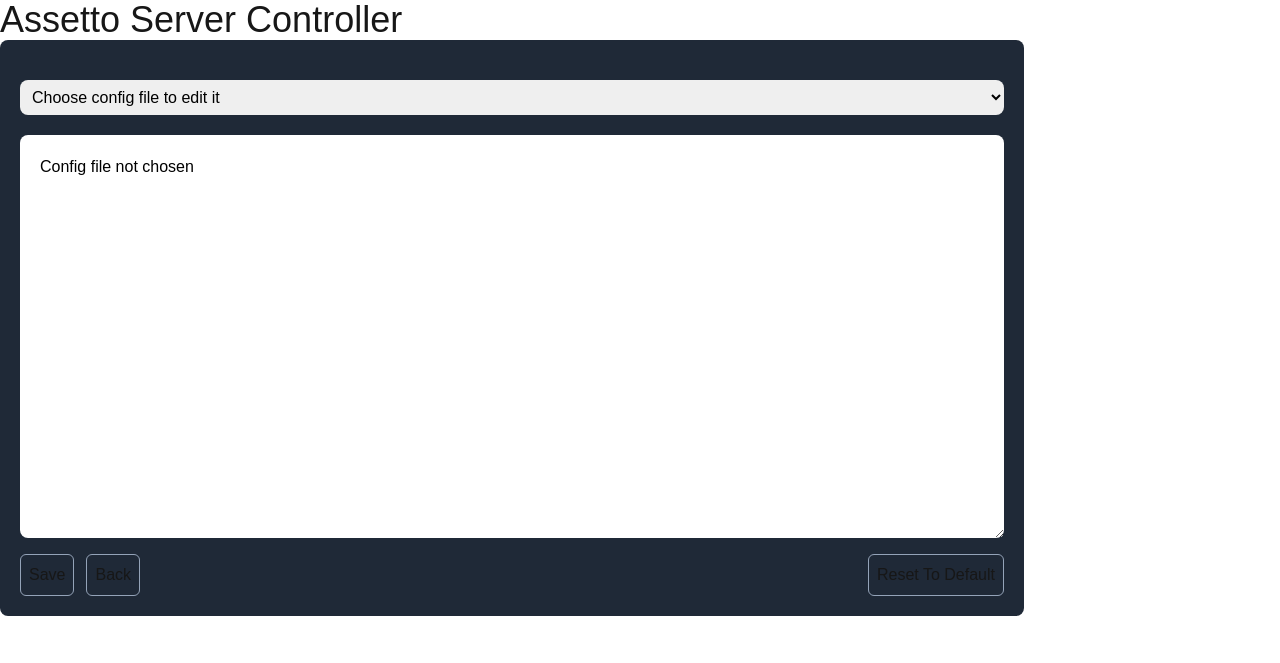
Repository: lookatthisdoode/ac-server-controller
Page: /edit-cfg
These files come from the project's save history. The page is drawn as it stood at one moment and after the next save; the edit follows.
The browser window is 1280 px wide. The pictures show the whole page.
The project was rebuilt for these pictures with package versions that can differ from the ones it lists, and the page was loaded fresh each time. The framework's server and built-in components were replaced by stand-ins that run in the browser. Also part of the build but not shown: next.config.mjs.

Above is the page before, as saved 2024-09-05 16:26:02.

### app/layout.tsx
import type { Metadata } from "next";
import localFont from "next/font/local";
import "./globals.css";

const geistSans = localFont({
  src: "./fonts/GeistVF.woff",
  variable: "--font-geist-sans",
  weight: "100 900",
});
const geistMono = localFont({
  src: "./fonts/GeistMonoVF.woff",
  variable: "--font-geist-mono",
  weight: "100 900",
});

export const metadata: Metadata = {
  title: "Create Next App",
  description: "Generated by create next app",
};

export default function RootLayout({
  children,
}: Readonly<{
  children: React.ReactNode;
}>) {
  return (
    <html lang="en">
      <body
        className={`${geistSans.variable} ${geistMono.variable} antialiased`}
      >
        <h1 className="text-4xl ">Assetto Server Controller</h1>
        <div className="w-4/5">{children}</div>
      </body>
    </html>
  );
}

### app/edit-cfg/page.tsx
"use client";
import { useState, FormEvent, ChangeEvent } from "react";
import { readCFG, updateCFG, resetCFG } from "@/lib/actions";
import { useRouter, useSearchParams } from "next/navigation";
import Link from "next/link";
import dotenv from "dotenv";

export default function EditCfg() {
  dotenv.config();
  const searchParams = useSearchParams();
  const serviceName = searchParams.get("service") || "";

  const [activeConfigFile, setActiveConfigFile] = useState({
    filename: "",
    content: "Config file not chosen",
  });

  const [errMessage, setErrMessage] = useState<string | null>(null);
  const [successMessage, setSuccessMessage] = useState<string | null>(null);
  const router = useRouter();

  async function fetchConfig(e: ChangeEvent<HTMLSelectElement>) {
    const filename = e.target.value;
    const configData = await readCFG(serviceName, filename);
    if (configData.success) {
      const content = configData.content || "";
      setActiveConfigFile({ filename, content });
    } else {
      const errMessage = configData.message || "";
      setErrMessage(errMessage);
    }
  }

  async function handleReset() {
    const result = await resetCFG(serviceName);
    if (result.success) {
      setSuccessMessage("Successfully reset to default!");
      setTimeout(() => setSuccessMessage(null), 1300); // Hide message after 1.3 seconds
    } else {
      setErrMessage("some error ocurred");
    }
  }

  async function updateFileContent(e: ChangeEvent<HTMLTextAreaElement>) {
    const edited = e.target.value;
    const newConfigFile = { ...activeConfigFile, content: edited };
    setActiveConfigFile(newConfigFile);
  }

  async function handleSubmit(event: FormEvent<HTMLFormElement>) {
    event.preventDefault(); // Prevent default form submission

    const result = await updateCFG(
      activeConfigFile.content,
      serviceName,
      activeConfigFile.filename
    );

    if (result.success) {
      setSuccessMessage("Changes saved successfully!");
      setTimeout(() => setSuccessMessage(null), 1300); // Hide message after 1.3 seconds
      // Optionally refresh or navigate after a delay
      setTimeout(() => router.push(`/edit-cfg?service=${serviceName}`), 1300);
    } else {
      setErrMessage(result.message); // Display error message
    }
  }

  return (
    <div className="bg-gray-800 rounded-lg p-5 h-[80dvh] flex flex-col">
      <select
        name="configselector"
        id="configselector"
        className="p-2 text-black my-5 rounded-lg"
        onChange={(e) => fetchConfig(e)}
        defaultValue=""
      >
        <option disabled value="">
          Choose config file to edit it
        </option>
        <option value="server_cfg.ini">server_cfg.ini</option>
        <option value="entry_list.ini">entry_list.ini</option>
        <option value="extra_cfg.yml">extra_cfg.yml</option>
      </select>

      {errMessage && <p className="text-red-500">{errMessage}</p>}

      <form onSubmit={handleSubmit} className="flex flex-col h-full">
        <textarea
          spellCheck={false}
          className="text-black w-full rounded-lg p-5 flex-1 mb-4"
          name="cfgcontent"
          value={activeConfigFile.content}
          onChange={(e) => updateFileContent(e)}
        />
        <div className="flex justify-between">
          <div className="flex gap-3 items-center">
            <button
              className="p-2 border border-slate-400 rounded-md px-2"
              type="submit"
            >
              Save
            </button>
            <button
              type="button"
              className="p-2 border border-slate-400 rounded-md px-2"
            >
              <Link href={"/"}>Back</Link>
            </button>
            {successMessage && (
              <p className="text-green-500">{successMessage}</p>
            )}
          </div>

          <button
            onClick={handleReset}
            type="button"
            className="p-2 border border-slate-400 rounded-md px-2"
          >
            Reset To Default
          </button>
        </div>
      </form>
    </div>
  );
}

### lib/actions.ts
"use server";
import { exec } from "child_process";
import { promisify } from "util";
import fs from "fs";
import path from "path";
import dotenv from "dotenv";

dotenv.config();
const baseConfigPath = process.env.CONFIG_BASE_PATH || "";

if (!baseConfigPath) {
  throw new Error(
    "CONFIG_BASE_PATH is not defined in the environment variables."
  );
}

export async function resetCFG(service: string) {
  // get path
  try {
    const execPromise = promisify(exec);
    const pathToDefault = path.join(baseConfigPath, service, "cfg_default");
    const pathToCfg = path.join(baseConfigPath, service, "cfg");

    // Remove existing configuration directory
    // await execPromise(`rm -rf ${pathToCfg}`);

    // // Copy default configuration to the target path
    // await execPromise(`cp -r ${pathToDefault}/* ${pathToCfg}`);

    // Return success message
    return { success: true, message: "Configuration reset successfully" };
  } catch (error) {
    // Handle errors and return an error message
    console.error(`Error resetting configuration: ${error.message}`);
    return {
      success: false,
      message: `Error resetting configuration: ${error.message}`,
    };
  }
}

export async function readCFG(serverName: string, filename: string) {
  const configFilePath = path.join(
    baseConfigPath,
    serverName,
    "/cfg/",
    filename
  );

  try {
    const data = fs.readFileSync(configFilePath, "utf8");
    return { success: true, content: data };
  } catch (error) {
    return { success: false, message: "Failed to read the file" };
  }
}

export async function updateCFG(
  content: string,
  serverName: string,
  filename: string
) {
  const configFilePath = path.join(
    baseConfigPath,
    serverName,
    "/cfg/",
    filename
  );
  try {
    fs.writeFileSync(configFilePath, content, "utf8");
    return { success: true, message: "File updated successfully" };
  } catch (error) {
    return { success: false, message: "Failed to write to the file" };
  }
}

export async function fetchStatus(service: string) {
  try {
    const execAsync = promisify(exec);

    const { stdout, stderr } = await execAsync(
      `sudo systemctl is-active ${service}`
    );
    // Trim any extra whitespace
    const status = stdout.trim();

    if (stderr) {
      throw new Error(stderr.trim());
    }
    return status;
  } catch (error: any) {
    // weird bug, this error contains responce which is correct
    if (error.stdout.trim() === "inactive") return "inactive";
    // Return error message if
    return `Error: ${error.message}`;
  }
}

export async function controlServer(action: string, service: string) {
  try {
    const execAsync = promisify(exec);
    const command = `sudo systemctl ${action} ${service}`;

    const { stdout, stderr } = await execAsync(command);
    if (stderr) {
      throw new Error(stderr);
    }
    // if success
    console.log(`${service} ${action}ed`);
    return "success";
  } catch (error: any) {
    return `Error: ${error.message}`;
  }
}

### tailwind.config.ts
import type { Config } from "tailwindcss";

const config: Config = {
  content: [
    "./pages/**/*.{js,ts,jsx,tsx,mdx}",
    "./components/**/*.{js,ts,jsx,tsx,mdx}",
    "./app/**/*.{js,ts,jsx,tsx,mdx}",
  ],
  theme: {
    extend: {
      backgroundImage: {
        "gradient-radial": "radial-gradient(var(--tw-gradient-stops))",
        "gradient-conic":
          "conic-gradient(from 180deg at 50% 50%, var(--tw-gradient-stops))",
      },
      boxShadow: {
        glow: "0 0px 50px -5px rgba(0, 0, 0, 0.3)",
      },
      keyframes: {
        round: {
          "0%, 100%": { boxShadow: "0 0px 50px -5px rgba(0, 0, 0, 0.3)" },
          "50%": { boxShadow: "0 30px 50px -5px rgba(0, 0, 0, 0.3)" },
        },
        round2: {
          "0%, 100%": { transform: "rotateY(20deg)" },
          "50%": { transform: "rotateY(10deg)" },
        },
      },
      animation: {
        round: "round 1s linear infinite",
      },
    },
  },
  plugins: [],
};
export default config;

Loaded but not shown: app/globals.css (common file)

After the next save:
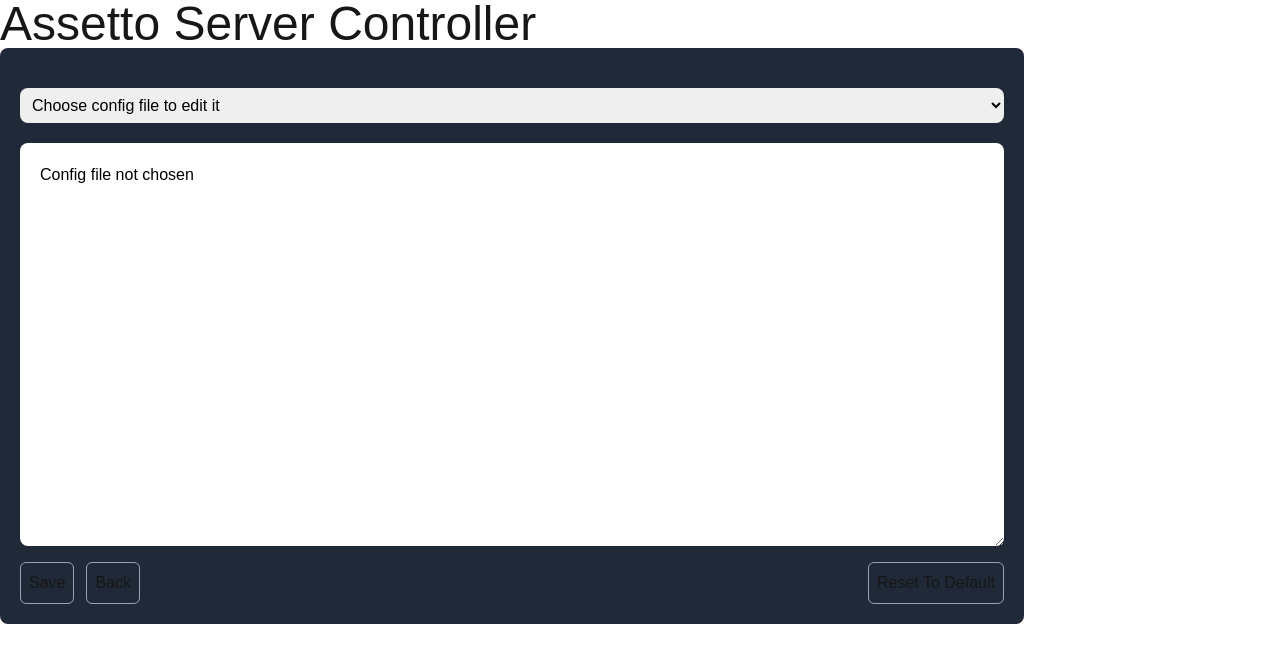
Saved 6 s later.
--- a/app/layout.tsx
+++ b/app/layout.tsx
@@ -28,7 +28,7 @@
       <body
         className={`${geistSans.variable} ${geistMono.variable} antialiased`}
       >
-        <h1 className="text-4xl ">Assetto Server Controller</h1>
+        <h1 className="text-5xl ">Assetto Server Controller</h1>
         <div className="w-4/5">{children}</div>
       </body>
     </html>
